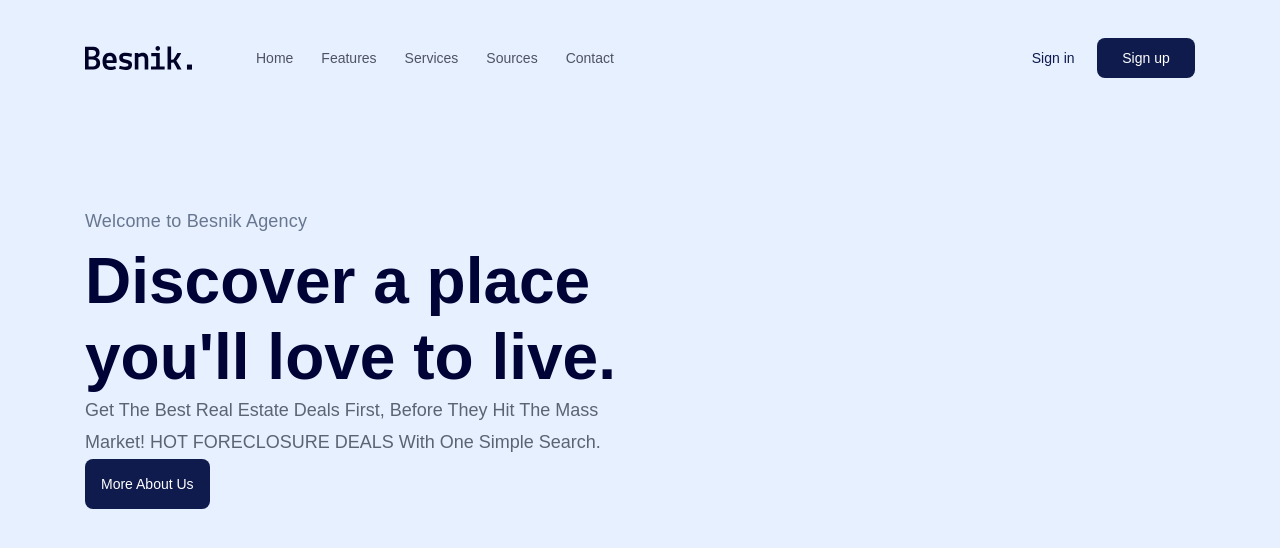
Repository: Daidoichihuy/project-01
Page: index.html
An editor plug-in stored every save of this project. The page is shown before and after the next save, followed by the edit.
The browser window is 1280 px wide. The pictures show the whole page.

Above is the page before, as saved 2024-04-28 11:43:24.

### index.html
<!DOCTYPE html>
<html lang="en">
  <head>
    <meta charset="UTF-8" />
    <meta name="viewport" content="width=device-width, initial-scale=1.0" />
    <title>Project_01</title>
    <link rel="stylesheet" href="./assets/css/reset.css" />
    <link rel="stylesheet" href="./assets/fonts/stylefont.css" />
    <link rel="stylesheet" href="./assets/css/style.css" />
  </head>
  <body>
    <main>
      <header class="header">
        <div class="content">
          <nav class="navbar">
            <!-- LOGO -->
            <img src="./assets/imgs/Logo.svg" alt="Besnik." />
            <!-- NAVIGATION -->
            <ul>
              <li><a href="#!">Home</a></li>
              <li><a href="#!">Features</a></li>
              <li><a href="#!">Services</a></li>
              <li><a href="#!">Sources</a></li>
              <li><a href="#!">Contact</a></li>
            </ul>
            <!-- ACTIVE -->
            <div class="action">
              <a href="#!" class="action-link">Sign in</a>
              <a href="#!" class="btn action-btn">Sign up</a>
            </div>
          </nav>
          <div class="hero">
            <div class="info">
              <p class="sub-title">Welcome to Besnik Agency</p>
              <h1 class="title">Discover a place you'll love to live.</h1>
              <p class="des">
                get the best real estate deals first, before they hit the mass
                market! HOT FORECLOSURE DEALS with one simple search.
              </p>
              <a href="#!" class="btn">More About Us</a>
            </div>
          </div>
        </div>
      </header>
    </main>
  </body>
</html>

### assets/fonts/stylefont.css
@font-face {
  font-family: "DVN-Poppins";
  src: url("poppins/DVNPoppins-Regular.woff2") format("woff2"),
    url("poppins/DVNPoppins-Regular.woff") format("woff");
  font-weight: normal;
  font-style: normal;
  font-display: swap;
}

@font-face {
  font-family: "DVN-Poppins ExtBd";
  src: url("poppins/DVNPoppins-ExtraBold.woff2") format("woff2"),
    url("poppins/DVNPoppins-ExtraBold.woff") format("woff");
  font-weight: bold;
  font-style: normal;
  font-display: swap;
}

### assets/css/style.css
* {
  box-sizing: border-box;
}

:root {
  --primary-color: #0f1b4c;
}

html {
  font-size: 62.5%;
}

body {
  font-size: 1.6rem;
  font-family: "poppins", sans-serif;
}

/* COMMON */
.content {
  width: 1110px;
  max-width: calc(100% - 48px);
  margin-left: auto;
  margin-right: auto;
}

a {
  text-decoration: none;
}

.btn {
  display: inline-block;
  min-width: 98px;
  padding: 18px 16px;
  border-radius: 8px;
  background: var(--primary-color);
  color: #fff;
  text-align: center;
  font-size: 1.4rem;
  font-weight: 500;
}

/* HEADER*/
.header {
  background: #e6f0ff;
  height: 100vh;
}

.navbar {
  display: flex;
  align-items: center;
  padding-top: 38px;
}

.navbar ul {
  display: flex;
  margin-left: 50px;
}

.navbar ul li a {
  font-weight: 500;
  font-size: 1.4rem;
  color: #4f5361;
  padding: 8px 14px;
}
.navbar .action {
  margin-left: auto;
}

.navbar .action-link {
  font-size: 1.4rem;
  font-weight: 500;
  color: var(--primary-color);
}

.navbar .action-btn {
  padding: 13px 16px;
  margin-left: 18px;
}

/* HERO */
.hero {
  margin-top: 130px;
}

.hero .info {
  width: 51%;
}
.hero .sub-title {
  color: #687690;
  font-size: 1.8rem;
  line-height: 1.5;
  font-weight: 500;
  letter-spacing: 0.18px;
}

.hero .title {
  color: #000336;
  font-size: 6.4rem;
  font-weight: 700;
  line-height: 1.19;
  margin-top: 8px;
}

.hero .des {
  color: #5a6473;
  font-size: 1.8rem;
  font-weight: 400;
  line-height: 177.778%;
  text-transform: capitalize;
}

Loaded but not shown: assets/css/reset.css (common file)

After the next save:
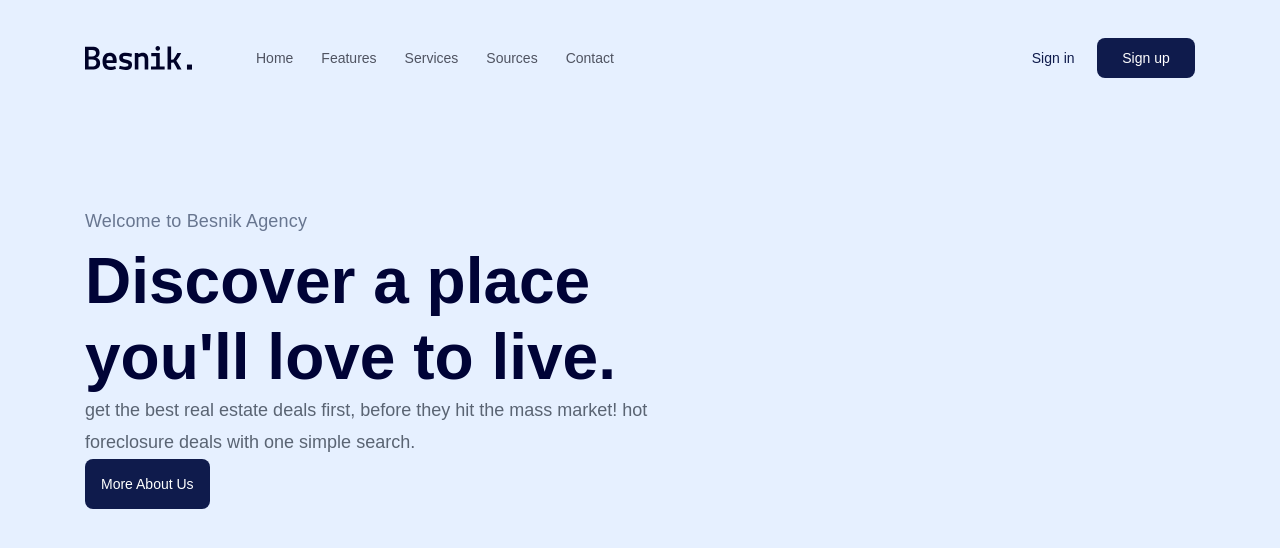
Saved 27 s later.
--- a/assets/css/style.css
+++ b/assets/css/style.css
@@ -106,5 +106,5 @@
   font-size: 1.8rem;
   font-weight: 400;
   line-height: 177.778%;
-  text-transform: capitalize;
+  text-transform: lowercase;
 }

After the 2 saves that followed:
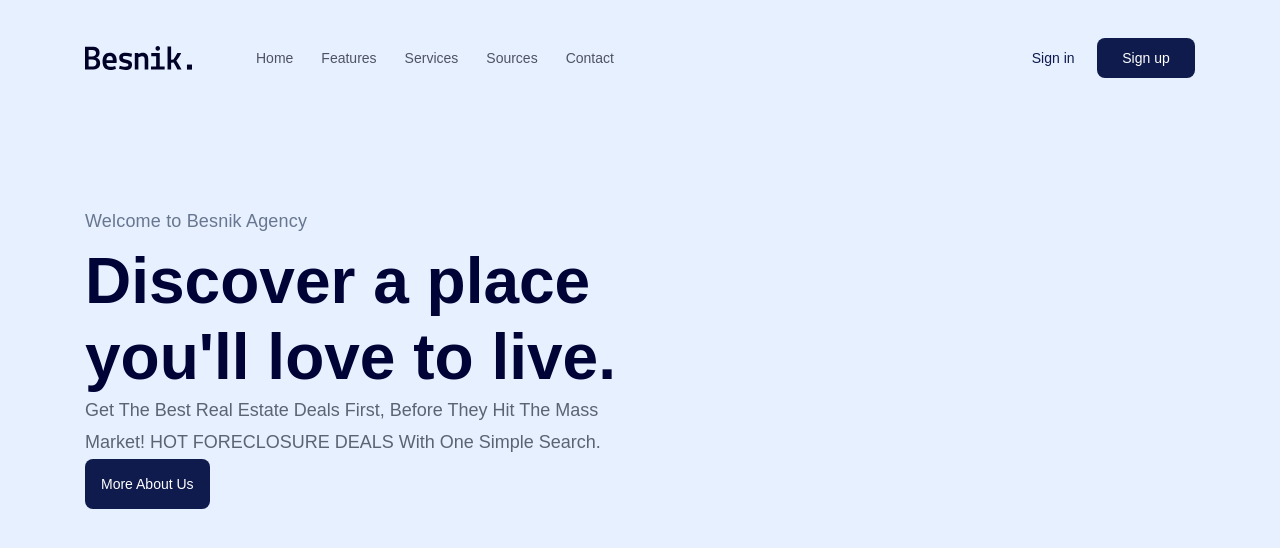
The 2 saves are shown as one change because 1 left the picture as it was.
The last was saved 12 min 14 s later.
--- a/assets/css/style.css
+++ b/assets/css/style.css
@@ -106,5 +106,5 @@
   font-size: 1.8rem;
   font-weight: 400;
   line-height: 177.778%;
-  text-transform: lowercase;
+  text-transform: capitalize;
 }
